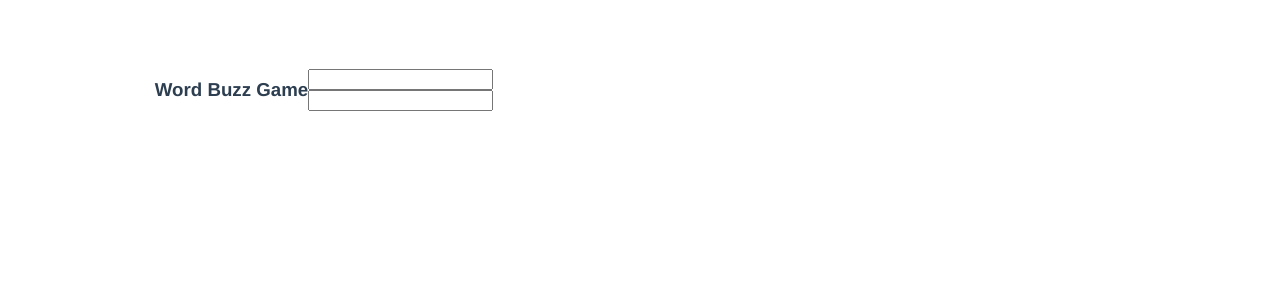
Repository: victorighalo/word-buzz-vue
Page: /
The author's editor kept a copy of each file at every save. The page is drawn from the files as they stood at one save, then again after the next save.
The browser window is 1280 px wide. The pictures show the whole page.
The project was rebuilt for these pictures with package versions that can differ from the ones it lists, and the page was loaded fresh each time. Also part of the build but not shown: vue.config.js.

Above is the page before, as saved 2021-09-19 16:49:47.

After the next save:
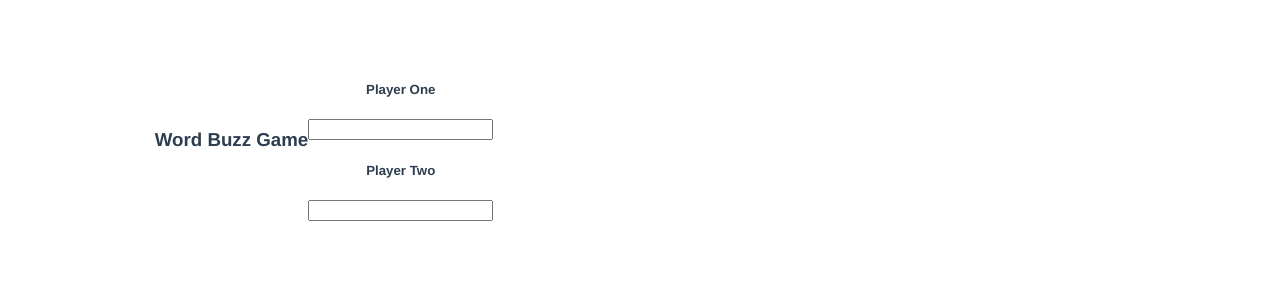
Saved 16 s later.
--- a/src/components/GameContainer.vue
+++ b/src/components/GameContainer.vue
@@ -8,9 +8,11 @@
    <div class="content">
      <div class="players">
        <div>
+         <h5>Player One</h5>
          <input type="text" v-model="uiProps.playerOne.name">
        </div>
        <div>
+         <h5>Player Two</h5>
          <input type="text" v-model="uiProps.playerTwo.name">
        </div>
      </div>
